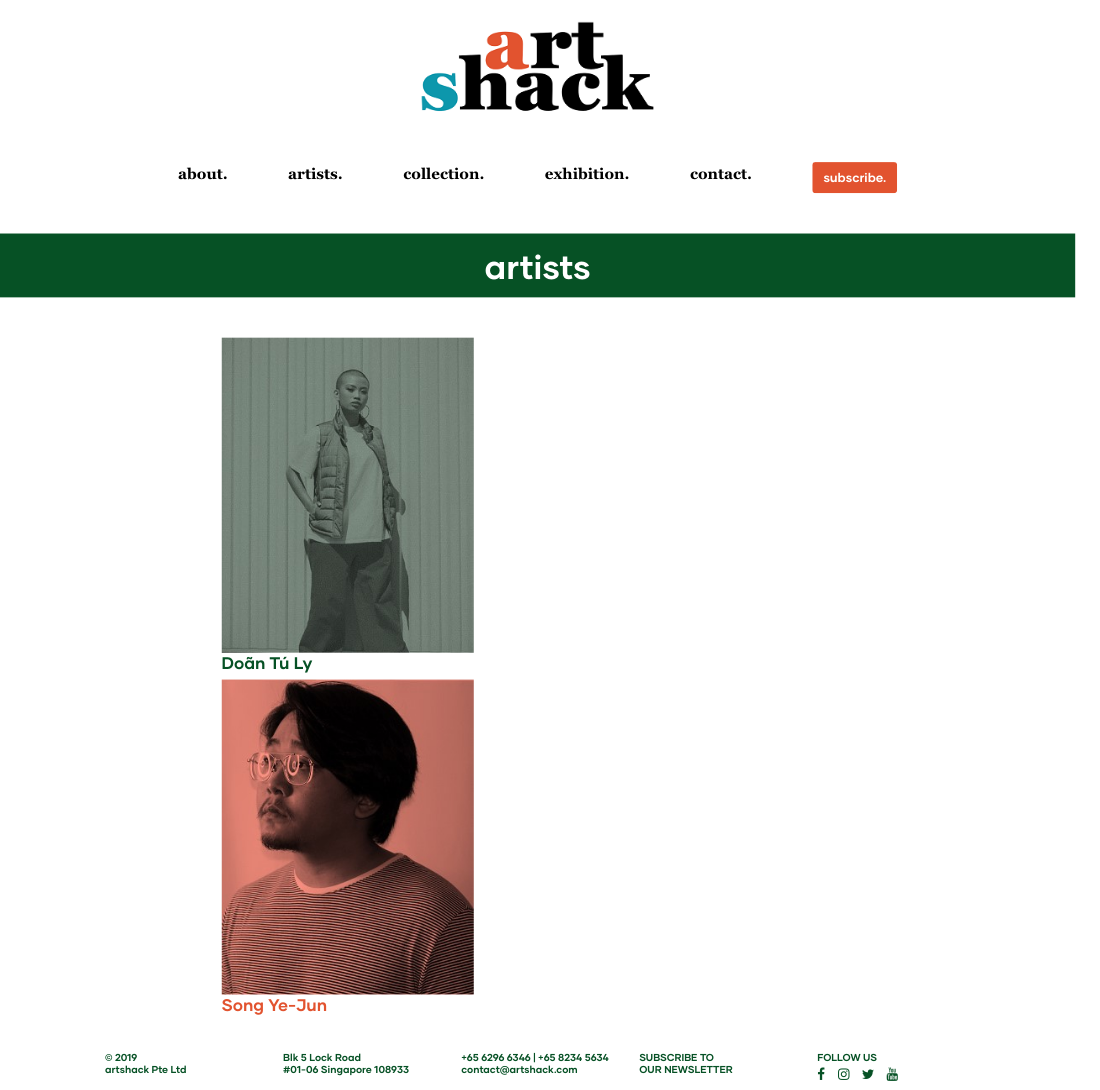
Repository: lynette-lyf/artshack
Page: artists.html
The author's editor kept a record of every edit. The page is drawn from the files as they stood at one moment, then again after the next edit.
The browser window is 1280 px wide. The page is 1295 px wide, then 1310 px, so the pictures cover 1310 px, including what lies to the right of the window. The pictures show the whole page, at 84% of full size.

Above is the page before.
Not found: artists.css

After the next edit:
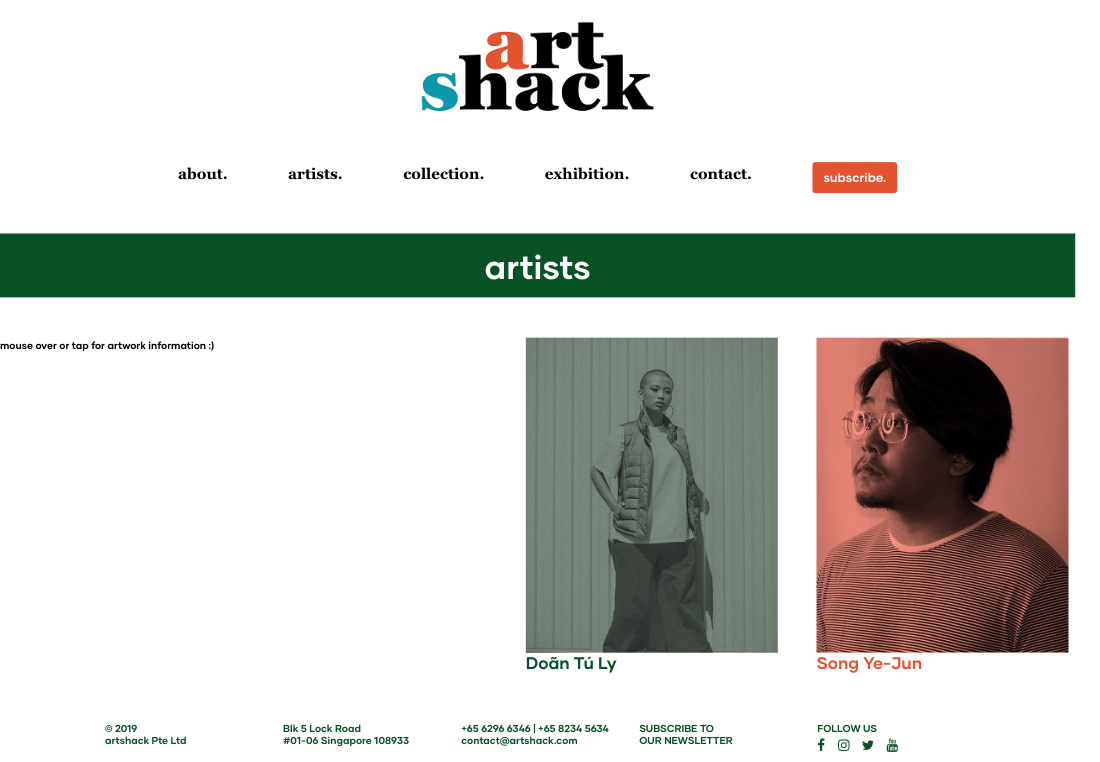
The edit:
--- a/artists.html
+++ b/artists.html
@@ -291,6 +291,10 @@
 </div>
 <div class="container-fluid-pictures mt-5">
 <div class="row justify-content-center">
+<div class="col">
+<p style="font-family:GilmerBold;font-size:12px;color:black;">mouse over or tap for artwork information :)</p>
+</div>
+<div class="row justify-content-center">
             <a style="color: rgb(6,81,37)" href="doantuly.html" onmouseenter="toggleShow('image1');" onmouseleave="toggleHide('image1');">
             <div class="col">
             <img class="img-fluid" src="images/picture1.jpg"><br>
